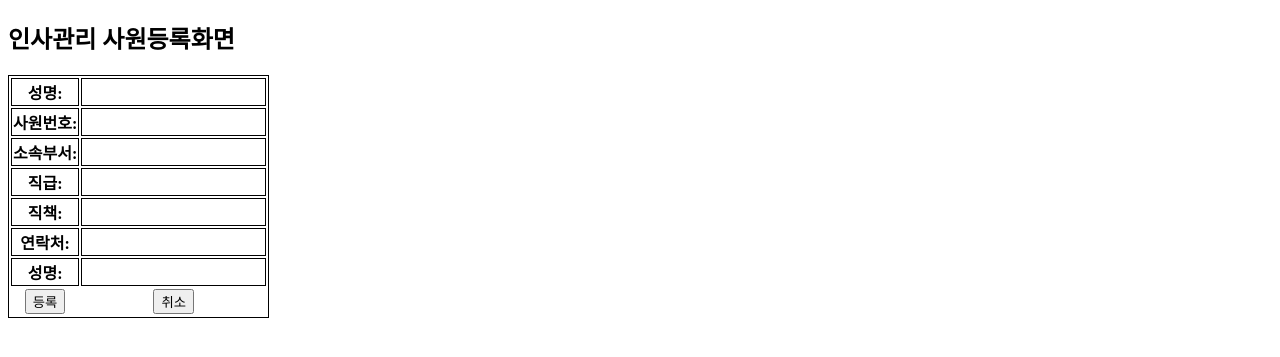
Repository: guguping/finalTestStudy
Page: http://localhost/test1/saveMemberForm.jsp
The author's editor kept a copy of each file at every save. The page is drawn from the files as they stood at one save, then again after the next save.
The browser window is 1280 px wide. The pictures show the whole page.
The page is served by Tomcat 9.

Above is the page before, as saved 2023-07-28 02:51:01.

After the next save:
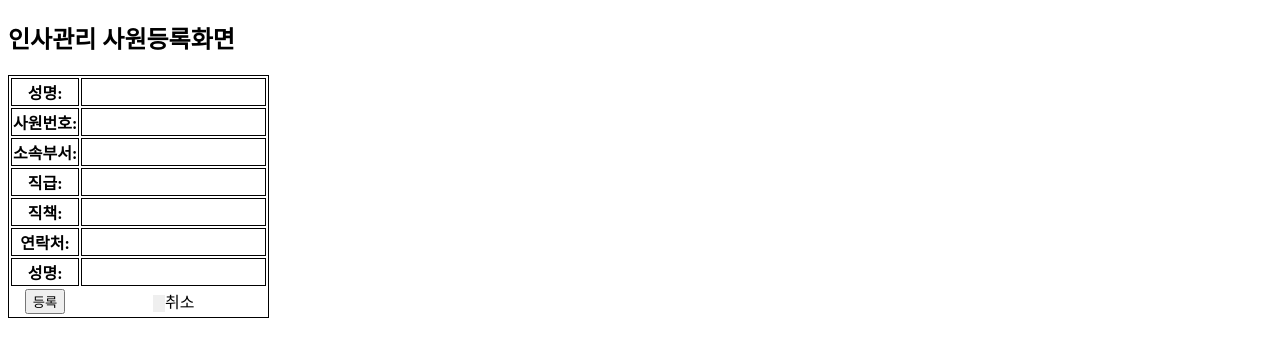
Saved 25 s later.
--- a/test1/src/main/webapp/saveMemberForm.jsp
+++ b/test1/src/main/webapp/saveMemberForm.jsp
@@ -50,7 +50,7 @@
 		</tr>
 		<tr>
 			<td><button type="submit">등록</button></td>
-			<td><button type="button" onclick="index()">취소</button></td>
+			<td><input type="button" onclick="index()">취소</input></td>
 		</tr>
 	</table>
 	</form>
